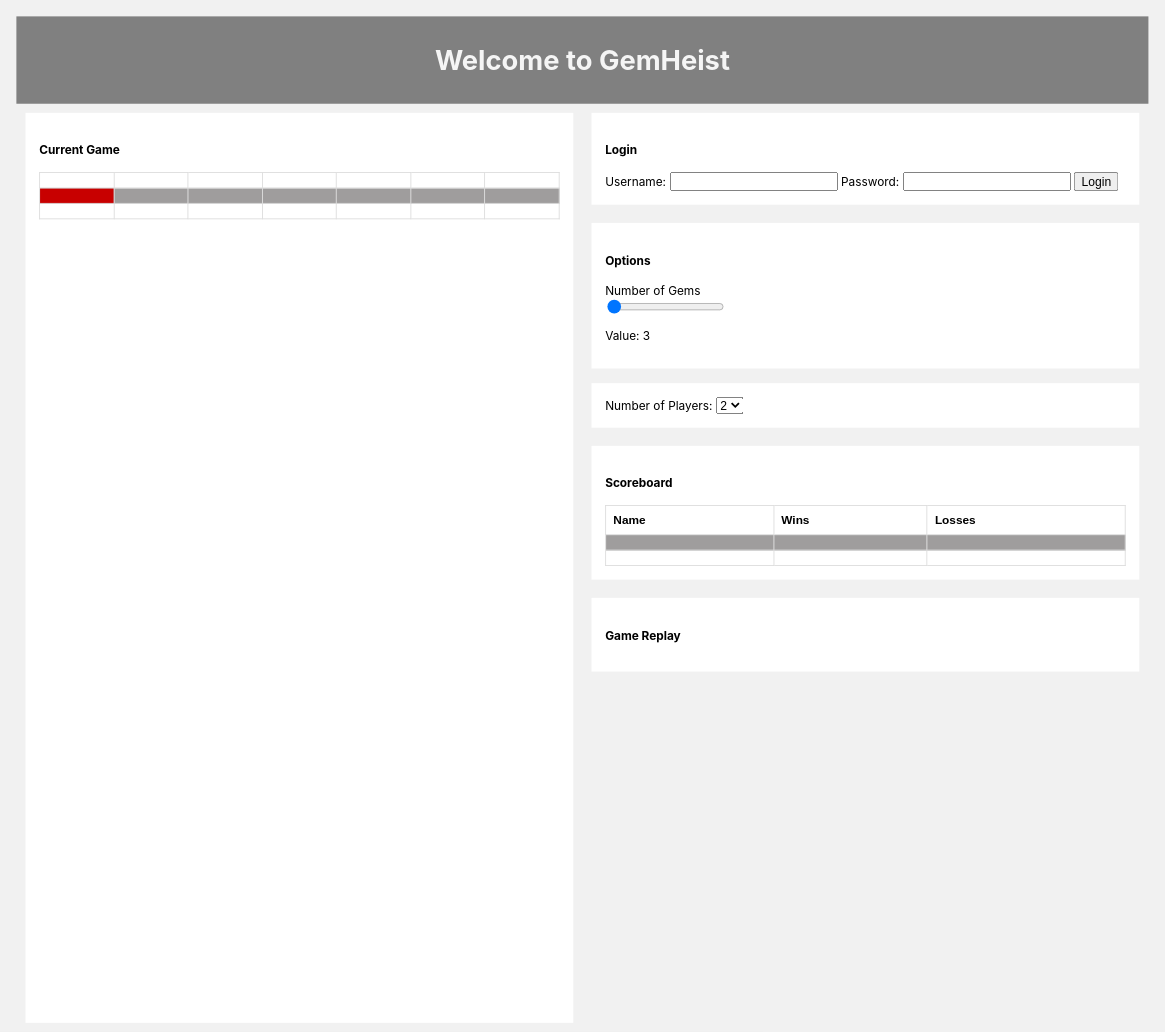
Repository: komalharjani/Gem-Heist
Page: board.html
These files come from the project's save history. The page is drawn as it stood at one moment and after the next save; the edit follows.
The browser window is 1280 px wide. The pictures show the whole page, at 91% of full size.

Above is the page before, as saved 2020-04-09 12:48:09.

### board.html
<!DOCTYPE html>
<html>

<head>
    <link rel="stylesheet" href="style.css">
</head>

<body>
    <!--Header-->
    <div class="header">
        <h2>Welcome to GemHeist</h2>
    </div>

    <!--Current Game-->
    <div class="centercolumn">
        <div class="card" style="height:1000px">
            <h4 id="gameTitle">Current Game</h4>
            <div class="yaks" id="game">
            </div>
        </div>
    </div>
    <!--Login -->
    <div class="centercolumn" id="scoreboard">
        <div class="card">
            <h4>Login</h4>
            <div class="yaks">
                <label for="fname">Username:</label>
                <input type="text" id="fname" name="fname">
                <label for="lname">Password:</label>
                <input type="text" id="lname" name="lname">
                <input type="submit" value="Login">
            </div>
        </div>
    </div><br>
    </div>

    <!--Options -->
    <div class="rightcolumn">
        <div class="card">
            <h4>Options</h4>
            <div class="yaks">
                <div class="slidecontainer">
                    <label for="myRange">Number of Gems</label></br>
                    <input type="range" min="3" max="20" value="3" class="slider" id="myRange">
                    <p>Value: <span id="demo"></span></p>
                </div>
            </div>
                <script>
                    var slider = document.getElementById("myRange");
                    var output = document.getElementById("demo");
                    output.innerHTML = slider.value;
                    document.getElementById("myRange").step = "3";
                    slider.oninput = function () {
                        output.innerHTML = this.value;
                    }
                </script>
            </div></br>
            <div class="card">
                <div class="yaks">
                    <label for="noPlayers">Number of Players:</label>
                    <select id="noPlayers">
                        <option value="2">2</option>
                        <option value="3">3</option>
                        <option value="4">4</option>
                        <option value="5">5</option>
                    </select>
                </div>
            </div>
    </div><br>
    </div>

    <!--Scoreboard - change to dynamic -->
    <div class="rightcolumn">
        <div class="card">
            <h4>Scoreboard</h4>
            <div class="yaks" id="scoreboard">
                <table>
                    <tr>
                        <th>Name</th>
                        <th>Wins</th>
                        <th>Losses</th>
                    </tr>
                    <tr>
                        <td> </td>
                        <td> </td>
                        <td> </td>
                    </tr>
                    <tr>
                        <td> </td>
                        <td> </td>
                        <td> </td>
                    </tr>
                </table>

            </div>
        </div>
    </div><br>
    </div>

    <!--Scoreboard -->
    <div class="rightcolumn">
        <div class="card">
            <h4>Game Replay</h4>
            <div class="yaks">
                <!--Content Here-->
            </div>
        </div>
    </div><br>
    </div>



    <!--JAVASCRIPT -->
    <script src="model_Board.js"></script>
</body>

</html>

### style.css
* {
    box-sizing: border-box;
  }

  /* Add a gray background color with some padding */
  body {
    font-family: -apple-system, BlinkMacSystemFont, 'Segoe UI', Roboto, Oxygen, Ubuntu, Cantarell, 'Open Sans', 'Helvetica Neue', sans-serif;
    padding: 10px;
    background: #f1f1f1;
    font-size: 13px;
  }
  table {
    font-family: arial, sans-serif;
    border-collapse: collapse;
    width: 100%;
  }

  td, th {
    border: 1px solid #dddddd;
    text-align: left;
    padding: 8px;
  }

  tr:nth-child(even) {
    background-color: #dddddd;
  }
  /* Header Title */
  .header {
    padding: 5px;
    font-size: 20px;
    text-align: center;
    background: grey;
    color: whitesmoke;
  }

  .login {
    width:300px;
    height:150px;
    position: fixed;
    top: 50%;
    left: 50%;
    margin-top: -125px;
    margin-left: -150px;
  }


  /* Alerts and Gems */

  .gem {
    background-color: white;
    justify-content: center;
  }

  .gem:hover {
    background-color: rgb(240, 240, 240);
  }

  .alarm {
    background-color: rgb(200, 0, 0);
  }

  .white {
    background-color: white;
  }

  .empty {
    background-color: white;
  }

  .alarm:hover {
    background-color: rgb(136, 0, 0);
  }

  /* Split Screen into Columns */

  .rightcolumn {
    float: right;
    width: 50%;
    padding: 10px;
  }

  .centercolumn {
    float: left;
    width: 50%;
    padding: 10px;
  }

  .box {
    background-color: whitesmoke;
    width: 100%;
    padding: 15px;
  }

  .voteFilter {
    background-color: black;
    width: 100%;
    padding: 15px;
  }

  .card {
     background-color: white;
     padding: 15px;
  }

  .row:after {
    content: "";
    display: table;
    clear: both;
  }

  /* Footer */
  .footer {
    padding: 20px;
    text-align: center;
    background: #ddd;
    margin-top: 20px;
  }

  /* Responsive layout - when the screen is less than 800px wide, make the two columns stack on top of each other instead of next to each other */
  @media screen and (max-width: 800px) {
    .leftcolumn, .rightcolumn {
      width: 100%;
      padding: 0;
    }
  }

  tr:nth-child(even) {
    background-color: #3b37377c;
  }

### model_Board.js
/**
 * Variables
 */
const width = 7;
var gemChar = '&#128142';
var noGems = document.getElementById("myRange").value;
height = (2 / 3 * noGems) + 1;

/**
 * Declare Arrays for Drawing Board...
 */
var pieces = [];
for (var i = 0; i < height; i++) {
    pieces[i] = [];
}

var currState = [];
for (var i = 0; i < height; i++) {
    currState[i] = [];
    currState[i].push(true);
}
console.log(currState);

//array of state of board


/**
 * Function to Draw Board
 */
//synchronise with model
//if true draw alarm else draw
function drawBoard() {
    //Create rows and tables according to specified height and width
    var table = document.createElement("table");
    for (var i = 0; i < height; i++) { //loop through height
        var row = document.createElement('tr'); //create rows for each height
        for (var j = 0; j < width; j++) { //loop through width
            var cell = document.createElement('td'); //create columns for each width
            pieces[i].push(cell);
            cell.setAttribute("row", i);
            cell.setAttribute("col", j);

            //Identify Gem Cells
            if (currState[i][j] == true) {
            if (j % 2 && i % 2) {
                cell.innerHTML = gemChar;
                cell.className = "gem";
                //example - move out later to follow after alarm captured
                cell.addEventListener('click', function (event) { //disable after clicked + how to pass row and col
                    //this.innerHTML = "name";
                })
            }
        }
            //Identify Alarms
            if (currState[i][j] == true) {
                 if (j % 2 || i % 2) {
                cell.className = "alarm";
                cell.addEventListener('click', function (event) { //disable after clicked + how to pass row and col
                    this.className = "white";
                    captureAlarm(this);
                    event.preventDefault();
                })
            }
            else {
                cell.className = "white";
            }
        }
            row.appendChild(cell);
        }
        table.appendChild(row);
    }
    document.body.appendChild(table);

    //display in this div
    let divContainer = document.getElementById("game");
    divContainer.innerHTML = "";
    divContainer.appendChild(table);
}

console.log(currState);

drawBoard();

//free of HTML elements
function captureAlarm() {
    let currRow = event.target.getAttribute("row"); //curr row
    let currCol = event.target.getAttribute("col"); //curr col
    let alarmsAroundEvent = [];
    let gemsFound = [];
    let leftCell;
    let rightCell;
    let upCell;
    let downCell;
    let one = 1;
    let alarmsAroundGemsFound = [];

    currState[currRow][currCol] = (false); //bind false to cell.className = "white";
    //add move to replay

    if (currRow - 1 >= 0) {
        upCell = pieces[currRow - 1][currCol];
        alarmsAroundEvent.push(upCell);
    } if (currCol - 1 >= 0) {
        leftCell = pieces[currRow][currCol - 1];
        alarmsAroundEvent.push(leftCell);
    } if (currRow + 1 < height) {
            downCell = pieces[currRow+1][currCol];
            alarmCheck.push(downCell);
    } if (currCol < width) {
    //     rightCell = [currRow][currCol+1];
    //     alarmCheck.push(rightCell);
    }

    console.log(upCell);
    console.log(leftCell);
    console.log(alarmsAroundEvent);
    //}

    //loop 1 find gems around alarms
    for (let i = 0; i < alarmsAroundEvent.length; i++) {
        if (alarmsAroundEvent[i].className == "gem") {
            gemsFound.push(alarmsAroundEvent[i]);
        }
    }

    //loop 2 - check for alarms around each gem to see if gem should be captured
    for (let i = 0; i < gemsFound.length; i++) {
        let gemRow = gemsFound[i].getAttribute("row");
        let gemCol = gemsFound[i].getAttribute("col");

        let alarmUp = (pieces[gemRow - 1][gemCol]);
        let alarmLeft = (pieces[gemRow][gemCol - 1]);
        //let alarmRight = (pieces[gemRow + 1][gemCol]);
        //let alarmDown = (pieces[gemRow + 1][gemCol]);

        alarmsAroundGemsFound.push(alarmUp, alarmLeft);

        for (let j = 0; j < alarmsAroundGemsFound.length; j++) {
            if (alarmsAroundGemsFound[i].className == "white") {
                alarmsAroundGemsFound.pop[i];
            }
        }
        console.log(alarmsAroundGemsFound);

        if (alarmsAroundGemsFound.length == 0) {
            gemsFound.className = "white";
            gemsFound.innerHTML = "name";
            //add move to replay
            //currState[gemRow][gemCol] = (false);
            //model.Player.score++;
            declareWinner();
        }
        else {
            //Next Turn
        }

    }

}

function declareWinner() {
    let gemsToWin = player.length / noGems;
    if (player.score = gemsToWin) {
        //alert
        //kill game
        //update leagueboard
    }
    else {
        //next turn
    }
}

//1. seperate state and draw board function
//2. fix the row and col
//3. move to main

After the next save:
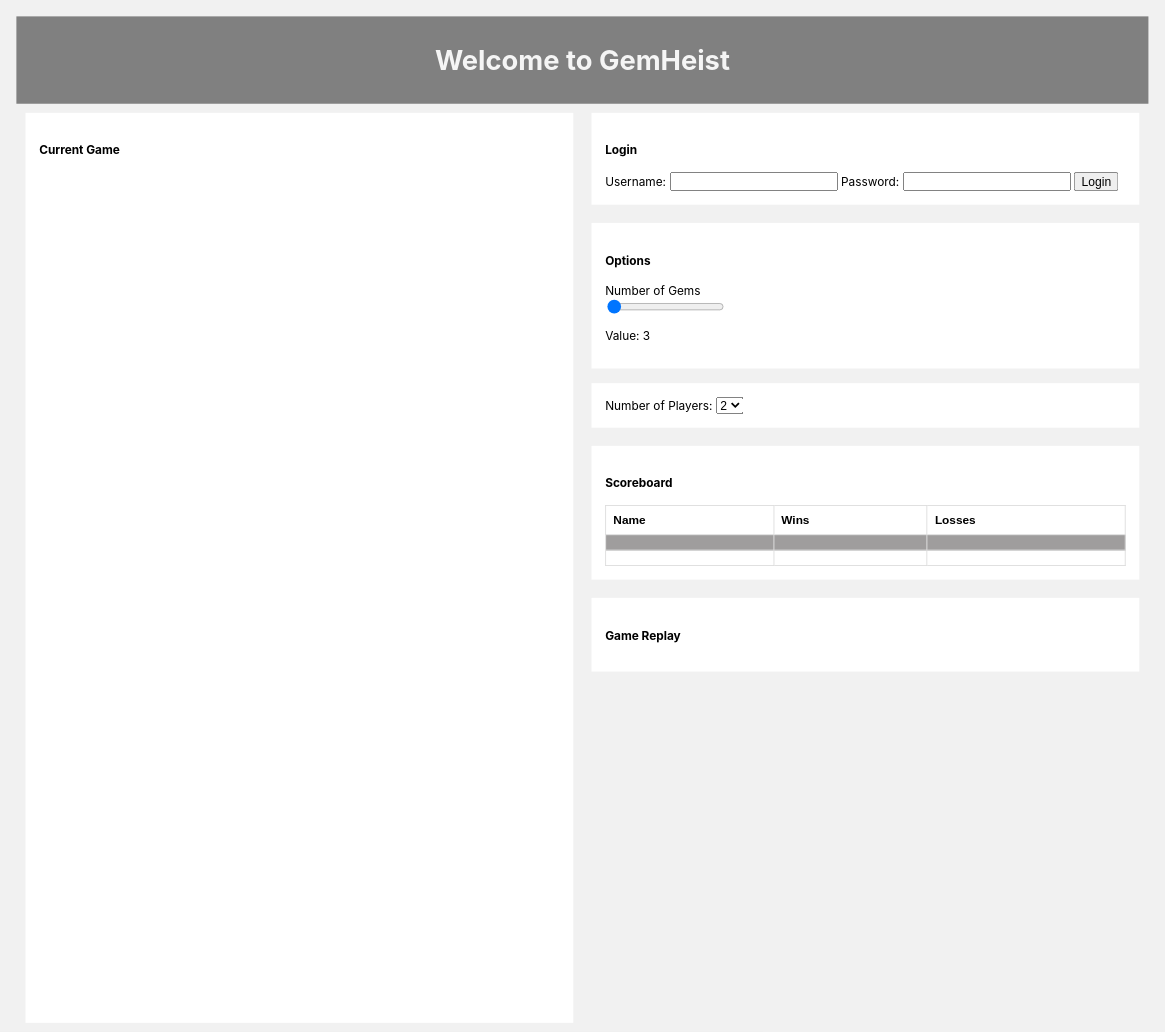
Console error: TypeError: currState[i].push is not a function
Saved 70 s later.
--- a/model_Board.js
+++ b/model_Board.js
@@ -17,7 +17,9 @@
 var currState = [];
 for (var i = 0; i < height; i++) {
     currState[i] = [];
-    currState[i].push(true);
+    for (var j=0; j < width; j ++) {
+        currState[i] = true;
+    }
 }
 console.log(currState);
 
@@ -37,6 +39,7 @@
         for (var j = 0; j < width; j++) { //loop through width
             var cell = document.createElement('td'); //create columns for each width
             pieces[i].push(cell);
+            currState[i].push(true); //can't push here
             cell.setAttribute("row", i);
             cell.setAttribute("col", j);
 

After the 5 saves that followed:
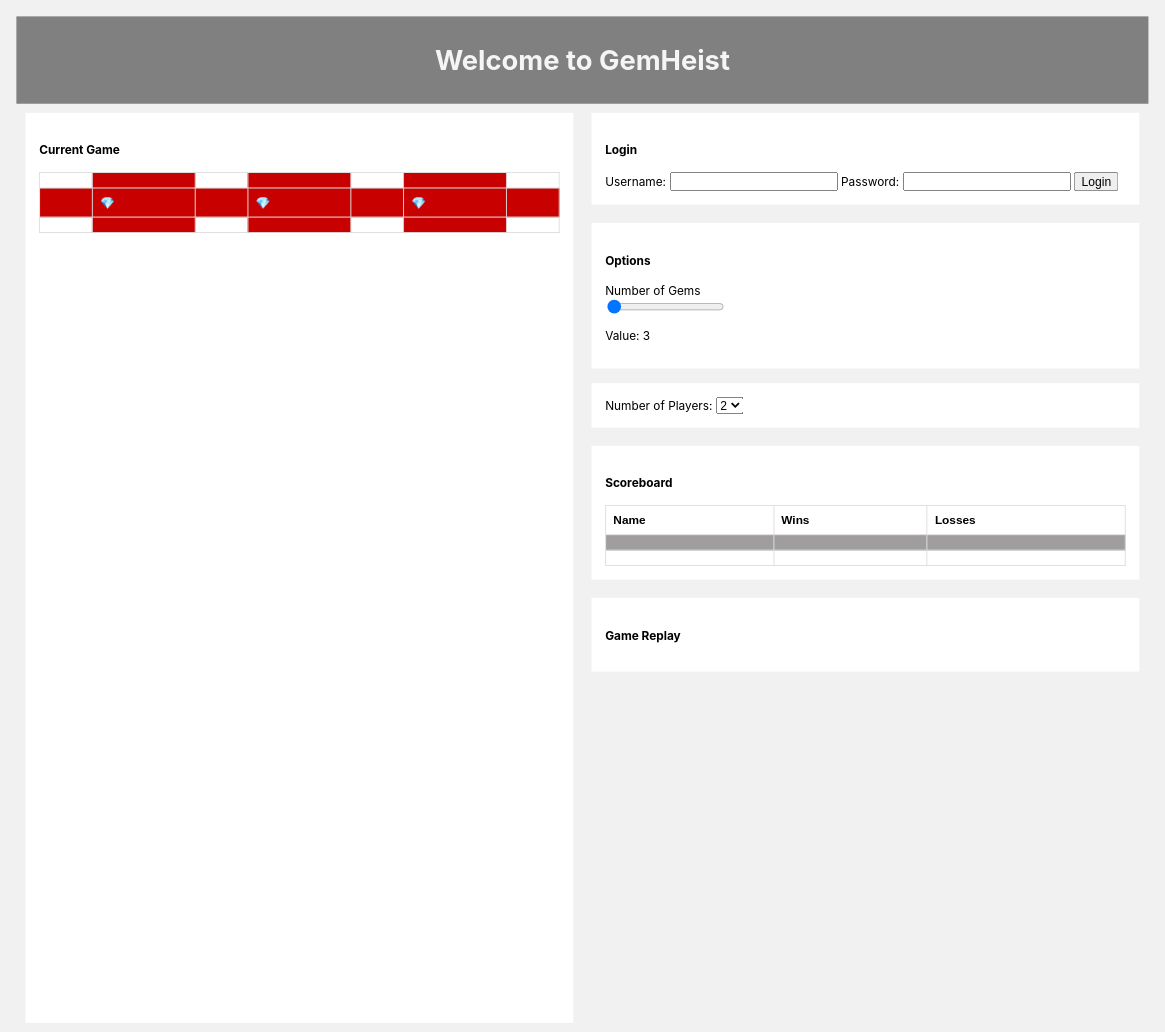
The error is gone.
The 5 saves are shown as one change because 4 left the picture as it was.
The last was saved 81 s later.
--- a/model_Board.js
+++ b/model_Board.js
@@ -17,9 +17,9 @@
 var currState = [];
 for (var i = 0; i < height; i++) {
     currState[i] = [];
-    for (var j=0; j < width; j ++) {
-        currState[i] = true;
-    }
+    // for (var j=0; j < width; j ++) {
+    //     currState[i].push(j);
+    // }
 }
 console.log(currState);
 
